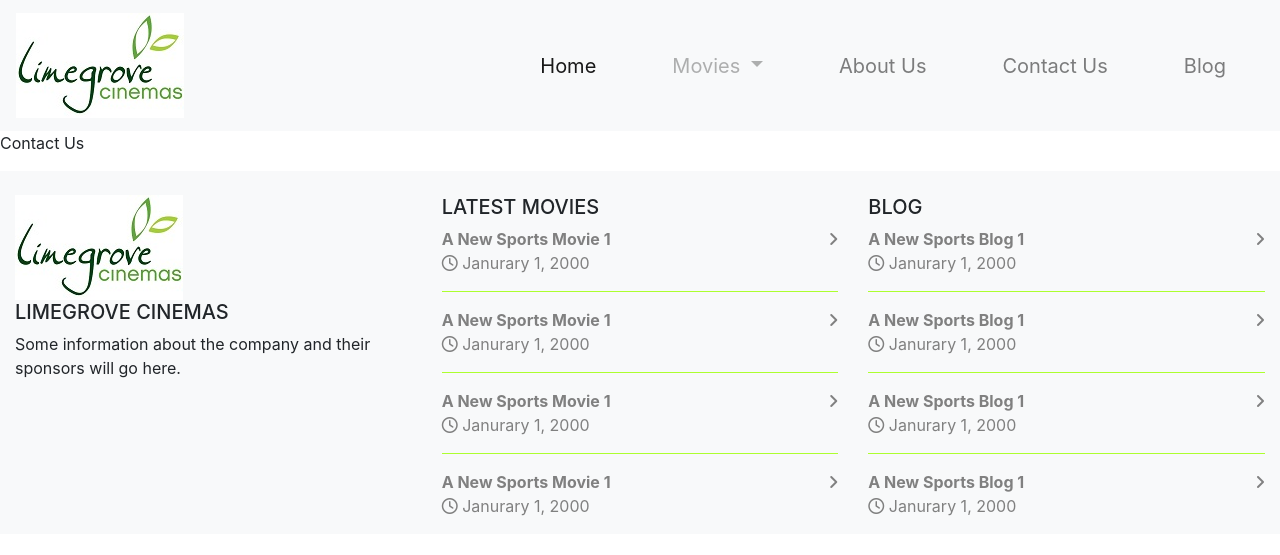
Repository: SimplyZacc/movie-web-template
Page: http://localhost/contactus.php
An editor plug-in stored every save of this project. The page is shown before and after the next save, followed by the edit.
The browser window is 1280 px wide. The pictures show the whole page.
Some web libraries are served in a nearby version. The page is run by PHP 8.4 with error messages shown; the project is at /var/www/html/.

Above is the page before, as saved 2020-03-28 11:44:18.

### contactus.php
<?php
//set page vars
$title = "Contact Us";
//include page header
include "templates/header.php";
?>

<p class="">Contact Us</p>

<?php include "templates/footer.php"; ?>

### templates/header.php
<?php
session_start();
?>
<!DOCTYPE html>
<html lang="en">

<head>
    <meta charset="UTF-8">
    <meta name="viewport" content="width=device-width, initial-scale=1.0">

    <title>
        <?php
        $default_header = "Limegrove Cinemas";
        if (isset($title)) {
            echo "Limegrove Cinemas - " . $title;
        } else {
            echo $default_header;
        }
        ?>
    </title>

    <!-- CSS -->
    <link rel="stylesheet" href="https://stackpath.bootstrapcdn.com/bootstrap/4.4.1/css/bootstrap.min.css" integrity="sha384-Vkoo8x4CGsO3+Hhxv8T/Q5PaXtkKtu6ug5TOeNV6gBiFeWPGFN9MuhOf23Q9Ifjh" crossorigin="anonymous">
    <link rel="stylesheet" href="assets/css/styles.css">
    <link rel="stylesheet" href="movie-web-template/assets/css/styles.css">

    <!-- JavaScript -->
    <script src="https://code.jquery.com/jquery-3.4.1.slim.min.js" integrity="sha384-J6qa4849blE2+poT4WnyKhv5vZF5SrPo0iEjwBvKU7imGFAV0wwj1yYfoRSJoZ+n" crossorigin="anonymous"></script>
    <script src="https://cdn.jsdelivr.net/npm/popper.js@1.16.0/dist/umd/popper.min.js" integrity="sha384-Q6E9RHvbIyZFJoft+2mJbHaEWldlvI9IOYy5n3zV9zzTtmI3UksdQRVvoxMfooAo" crossorigin="anonymous"></script>
    <script src="https://stackpath.bootstrapcdn.com/bootstrap/4.4.1/js/bootstrap.min.js" integrity="sha384-wfSDF2E50Y2D1uUdj0O3uMBJnjuUD4Ih7YwaYd1iqfktj0Uod8GCExl3Og8ifwB6" crossorigin="anonymous"></script>
    <script src="https://kit.fontawesome.com/e9662c41f5.js" crossorigin="anonymous"></script>

</head>

<body>

    <nav class="navbar navbar-expand-lg navbar-light bg-light">


        <div class="collapse navbar-collapse" id="navbarSupportedContent">
            <ul class="navbar-nav mr-auto">
                <a class="navbar-brand" href="#"><img src="assets/images/logo.jpg" alt="Cinema Logo"></a>
                <button class="navbar-toggler" type="button" data-toggle="collapse" data-target="#navbarSupportedContent" aria-controls="navbarSupportedContent" aria-expanded="false" aria-label="Toggle navigation">
                    <span class="navbar-toggler-icon"></span>
                </button>
            </ul>

            <ul class="navbar-nav navbar-right">

                <li class="nav-item active p-r-10">
                    <a class="nav-link" href="#">Home <span class="sr-only">(current)</span></a>
                </li>
                <li class="nav-item dropdown p-r-10">
                    <a class="nav-link dropdown-toggle disabled" href="#" id="navbarDropdown" role="button" data-toggle="dropdown" aria-haspopup="true" aria-expanded="false">
                        Movies
                    </a>
                    <div class="dropdown-menu" aria-labelledby="navbarDropdown">
                        <a class="dropdown-item" href="#">Recently Added</a>
                        <a class="dropdown-item" href="#">Popular</a>
                        <a class="dropdown-item" href="#">Soon Added</a>
                    </div>
                </li>

                <li class="nav-item ">
                    <a class="nav-link" href="aboutus.php">About Us</a>
                </li>

                <li class="nav-item p-r-10">
                    <a class="nav-link" href="contactus.php">Contact Us</a>
                </li>

                <li class="nav-item p-r-10">
                    <a class="nav-link" href="blog.php">Blog</a>
                </li>
            </ul>

        </div>
    </nav>

### templates/footer.php
<footer class="page-footer font-small pt-4 bg-light">

    <div class="container-fluid text-center text-md-left">

        <div class="row">

            <div class="col-md-4 mt-md-0 mt-3">

                <img src="assets/images/logo.jpg" alt="">
                <h5 class="text-uppercase">Limegrove Cinemas</h5>
                <p style="height: 100px">Some information about the company and their sponsors will go here.</p>

            </div>

            <hr class="clearfix w-100 d-md-none pb-3">

            <div class="col-md-4 mb-md-0 mb-3">

                <h5 class="text-uppercase bold">Latest Movies</h5>

                <ul class="list-unstyled grey">
                    <li>
                        <a href="#" class="footer-link">A New Sports Movie 1 <span style="float: right"><i class="fas fa-angle-right"></i></span></a>
                        <br>
                        <p><i class="far fa-clock"></i> Janurary 1, 2000</p>
                    </li>
                    <hr style="border-color: greenyellow;">
                    <li>
                        <a href="#" class="footer-link">A New Sports Movie 1 <span style="float: right"><i class="fas fa-angle-right"></i></span></a>
                        <br>
                        <p><i class="far fa-clock"></i> Janurary 1, 2000</p>
                    </li>
                    <hr style="border-color: greenyellow;">
                    <li>
                        <a href="#" class="footer-link">A New Sports Movie 1 <span style="float: right"><i class="fas fa-angle-right"></i></span></a>
                        <br>
                        <p><i class="far fa-clock"></i> Janurary 1, 2000</p>
                    </li>
                    <hr style="border-color: greenyellow;">
                    <li>
                        <a href="#" class="footer-link">A New Sports Movie 1 <span style="float: right"><i class="fas fa-angle-right"></i></span></a>
                        <br>
                        <p><i class="far fa-clock"></i> Janurary 1, 2000</p>
                    </li>
                </ul>

            </div>

            <hr class="clearfix w-100 d-md-none pb-3">

            <div class="col-md-4 mb-md-0 mb-3">

                <h5 class="text-uppercase bold">Blog</h5>

                <ul class="list-unstyled grey">
                    <li>
                        <a href="#" class="footer-link">A New Sports Blog 1 <span style="float: right"><i class="fas fa-angle-right"></i></span></a>
                        <br>
                        <p><i class="far fa-clock"></i> Janurary 1, 2000</p>
                    </li>
                    <hr style="border-color: greenyellow;">
                    <li>
                        <a href="#" class="footer-link">A New Sports Blog 1 <span style="float: right"><i class="fas fa-angle-right"></i></span></a>
                        <br>
                        <p><i class="far fa-clock"></i> Janurary 1, 2000</p>
                    </li>
                    <hr style="border-color: greenyellow;">
                    <li>
                        <a href="#" class="footer-link">A New Sports Blog 1 <span style="float: right"><i class="fas fa-angle-right"></i></span></a>
                        <br>
                        <p><i class="far fa-clock"></i> Janurary 1, 2000</p>
                    </li>
                    <hr style="border-color: greenyellow;">
                    <li>
                        <a href="#" class="footer-link">A New Sports Blog 1 <span style="float: right"><i class="fas fa-angle-right"></i></span></a>
                        <br>
                        <p><i class="far fa-clock"></i> Janurary 1, 2000</p>
                    </li>
                </ul>

            </div>

        </div>

    </div>

</footer>

</body>
</html>

### assets/css/styles.css
.hr{
    border-color: whitesmoke;
}

.grey{
    color: grey;
}

.footer-link{
    font-weight: bold;
    text-decoration: none;
    color: grey;
}

.footer-link:hover{
    text-decoration: none;
    color: #13df13;
    transition-duration: 0.5s;
}

.navbar-nav > li{
    padding-left:30px;
    padding-right:30px;
    font-size: 20px;
}

After the next save:
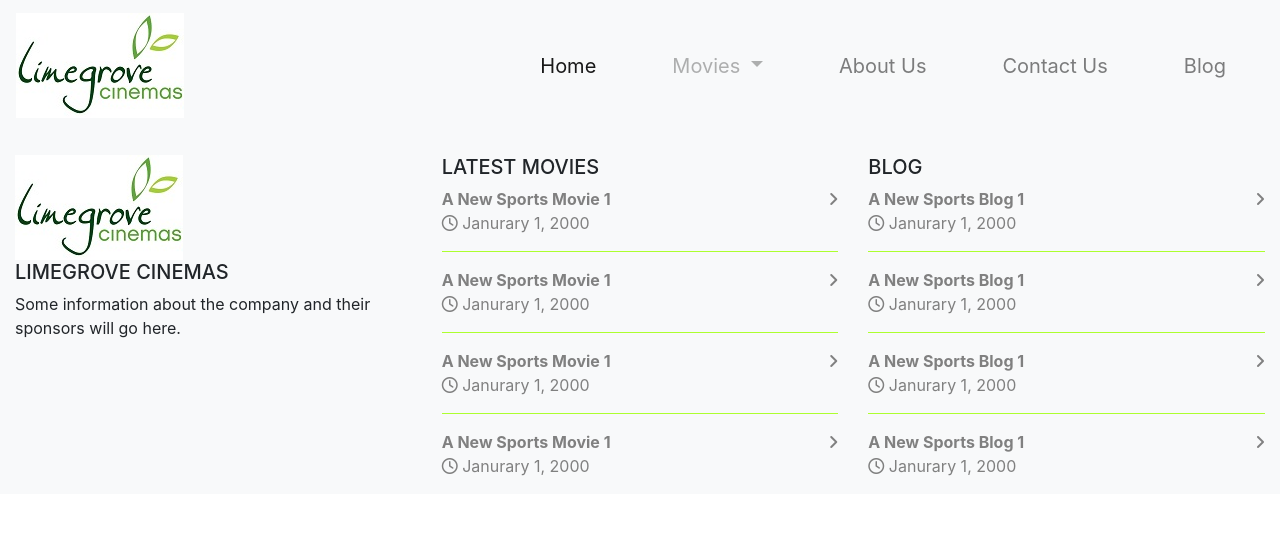
Saved 2 min 20 s later.
--- a/contactus.php
+++ b/contactus.php
@@ -5,6 +5,8 @@ $title = "Contact Us";
 include "templates/header.php";
 ?>
 
-<p class="">Contact Us</p>
+<div class="contact-head">
+
+</div>
 
 <?php include "templates/footer.php"; ?>
